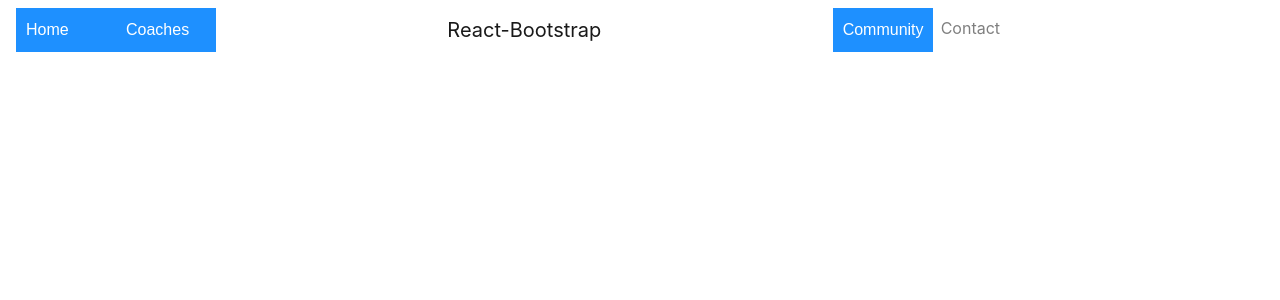
Repository: rihemebh/PersoCoach-Back
Page: / (app in persocoach/persocoach-front/)
These files come from the project's save history. The page is drawn as it stood at one moment and after a run of saves; the edit follows.
The browser window is 1280 px wide. The pictures show the whole page.
The project was rebuilt for these pictures with package versions that can differ from the ones it lists, and the page was loaded fresh each time.

Above is the page before, as saved 2021-04-18 01:11:31.

After the next 14 saves:
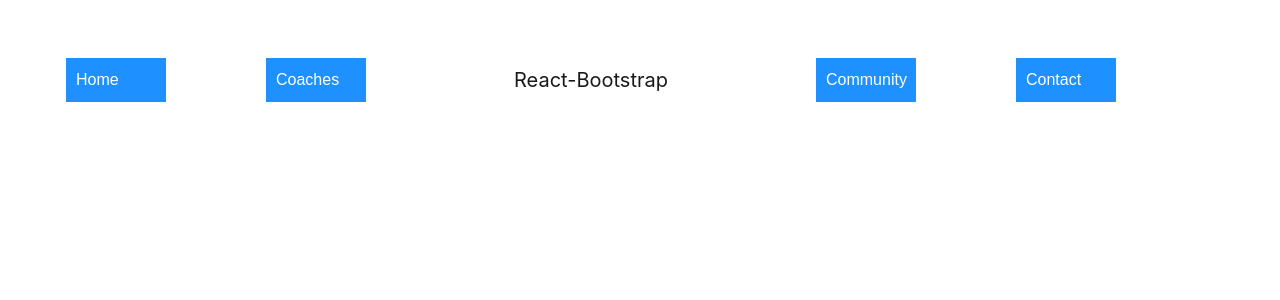
The 14 saves are shown as one change because 3 did not build or start and some came seconds apart.
The last was saved 40 s later.
--- a/persocoach/persocoach-front/src/Mynavbar.js
+++ b/persocoach/persocoach-front/src/Mynavbar.js
@@ -9,6 +9,7 @@
       color: "white",
       backgroundColor: "DodgerBlue",
       padding: "10px",
+      margin : "50px",
       fontFamily: "Arial",
       width: "100px"
     };
@@ -23,8 +24,8 @@
         </Nav>
         <Navbar.Brand href="#home" className="mr-auto" >React-Bootstrap</Navbar.Brand>
         <Nav className="mr-auto" id="basic-navbar-nav">
-        <Nav.Link href="#link" style={{width: "100px" }} style={mystyle}>Community</Nav.Link>
-          <Nav.Link href="#link" style={{width: "100px" }}>Contact</Nav.Link>
+        <Nav.Link href="#link" style={mystyle}>Community</Nav.Link>
+          <Nav.Link href="#link" style={mystyle}>Contact</Nav.Link>
           </Nav>
       </Navbar.Collapse>
     </Navbar>
